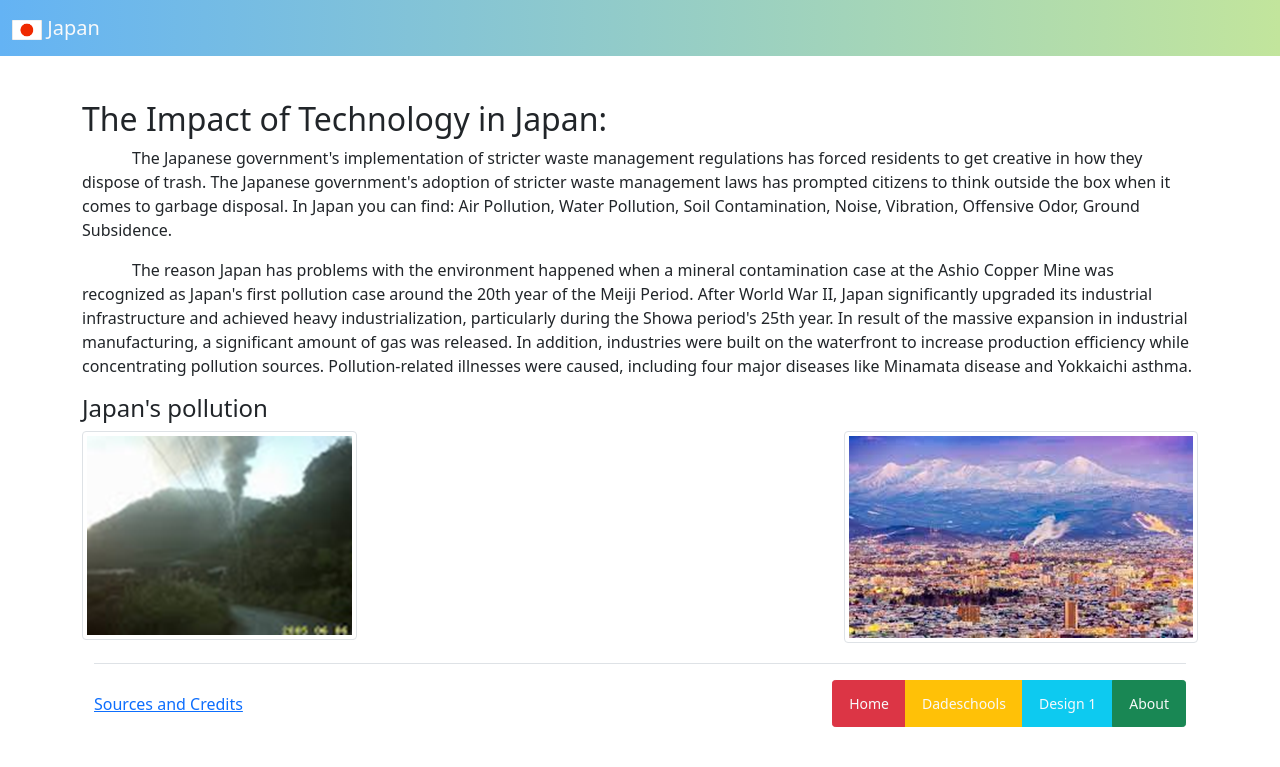
Repository: mrchilliballs/mrchilliballs.github.io
Page: untitled-2.html
An editor plug-in stored every save of this project. The page is shown before and after a run of saves, followed by the edit.
The browser window is 1280 px wide. The pictures show the whole page.

Above is the page before, as saved 2021-09-02 18:56:59.

After the next 2 saves:
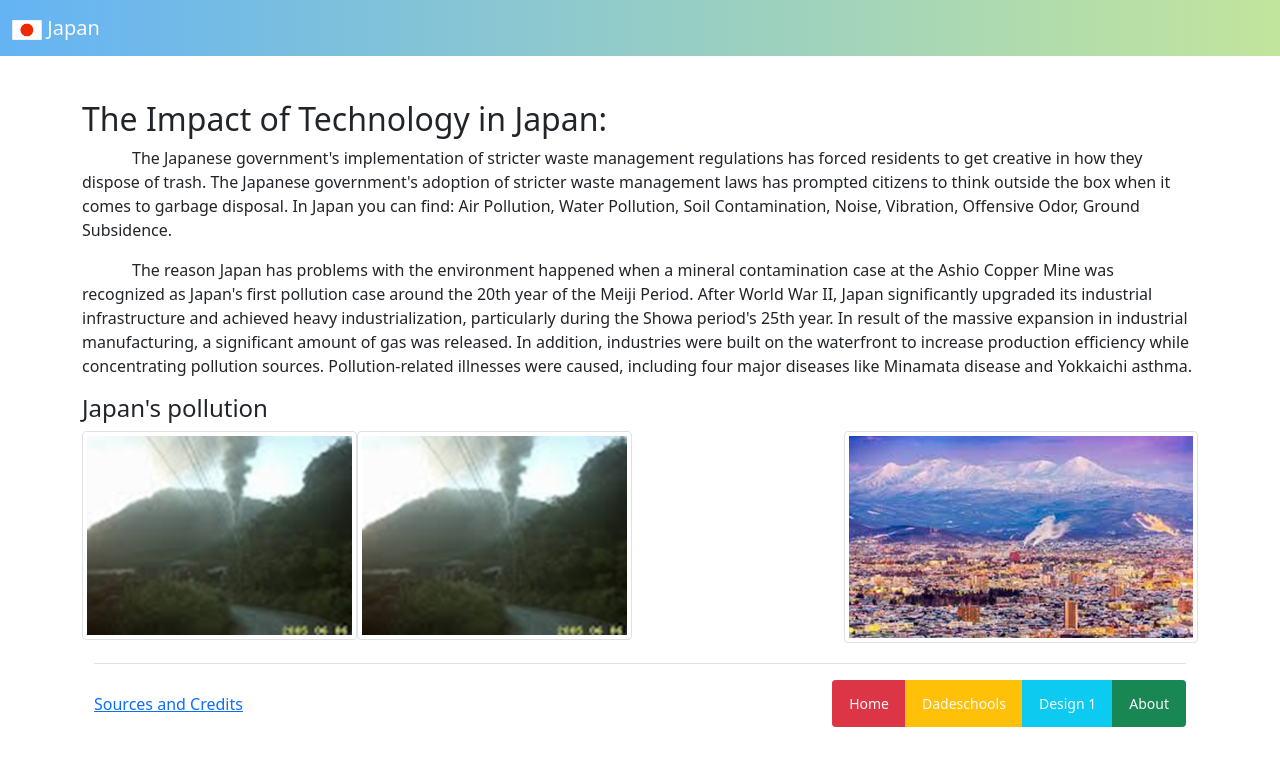
The 2 saves are shown as one change because they came seconds apart.
The last was saved 14 s later.
--- a/untitled-2.html
+++ b/untitled-2.html
@@ -36,8 +36,8 @@
 	<br></p><p style="text-indent: 50px;">The reason Japan has problems with the environment happened when a mineral contamination case at the Ashio Copper Mine was recognized as Japan's first pollution case around the 20th year of the Meiji Period. After World War II, Japan significantly upgraded its industrial infrastructure and achieved heavy industrialization, particularly during the Showa period's 25th year. In result of the massive expansion in industrial manufacturing, a significant amount of gas was released. In addition, industries were built on the waterfront to increase production efficiency while concentrating pollution sources. Pollution-related illnesses were caused, including four major diseases like Minamata disease and Yokkaichi asthma.
     </p>
     <h4>Japan's pollution</h4>
-    <div class="float-start"><img src="Picture3.png" class="rounded float-start img-thumbnail img-fluid" alt="..."></div>
-
+    <div class="float-start"><img src="Picture3.png" class="rounded img-thumbnail img-fluid" alt="..."></div>
+    <div class="float-start"><img src="Picture3.png" class="rounded img-thumbnail img-fluid" alt="..."></div>
     <img src="Picture4.png" class="rounded float-end img-thumbnail img-fluid" alt="...">
     <div style="margin-bottom: 15rem;"></div>
         <div class="container">
